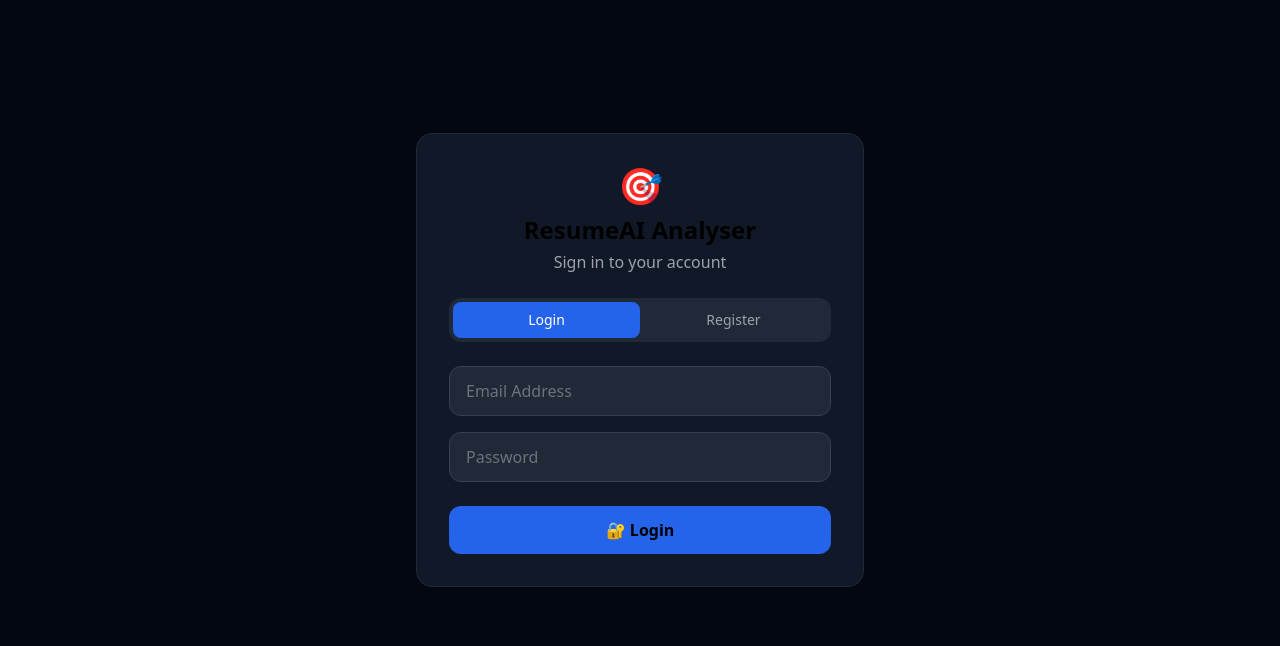
Repository: shraddha-dasgude-611/resume-analyser
Page: / (app in client/)
These files come from the project's save history. The page is drawn as it stood at one moment and after a run of saves; the edit follows.
The browser window is 1280 px wide. The pictures show the whole page.
The project was rebuilt for these pictures with package versions that can differ from the ones it lists, and the page was loaded fresh each time. Also part of the build but not shown: client/vite.config.js, client/src/pages/HistoryPage.jsx, client/src/components/UploadSection.jsx, client/src/components/ResultSection.jsx, client/src/components/JobSection.jsx, client/src/components/InterviewSection.jsx.

Above is the page before, as saved 2026-05-22 12:12:54.

### client/index.html
<!doctype html>
<html lang="en">
  <head>
    <meta charset="UTF-8" />
    <link rel="icon" type="image/svg+xml" href="/favicon.svg" />
    <meta name="viewport" content="width=device-width, initial-scale=1.0" />
    <title>client</title>
  </head>
  <body>
    <div id="root"></div>
    <script type="module" src="/src/main.jsx"></script>
  </body>
</html>

### client/src/main.jsx
import { StrictMode } from 'react'
import { createRoot } from 'react-dom/client'
import { BrowserRouter } from 'react-router-dom'
import './index.css'
import App from './App.jsx'
import { AuthProvider } from './context/AuthContext.jsx'

createRoot(document.getElementById('root')).render(
  <StrictMode>
    <BrowserRouter>
      <AuthProvider>
        <App />
      </AuthProvider>
    </BrowserRouter>
  </StrictMode>
)

### client/src/App.jsx
import { useState } from 'react';
import { Routes, Route, Link, useNavigate } from 'react-router-dom';
import { Toaster } from 'react-hot-toast';
import { LogOut, History, User } from 'lucide-react';
import { useAuth } from './context/AuthContext';
import AuthPage from './pages/AuthPage';
import HistoryPage from './pages/HistoryPage';
import UploadSection from './components/UploadSection';
import ResultSection from './components/ResultSection';
import JobSection from './components/JobSection';
import InterviewSection from './components/InterviewSection';

function HomePage() {
  const [result, setResult] = useState(null);
  const [position, setPosition] = useState('');
  const [resumeText, setResumeText] = useState('');
  const [loading, setLoading] = useState(false);

  return (
    <main className="max-w-5xl mx-auto px-4 py-10 space-y-10">
      <UploadSection
        setResult={setResult}
        setPosition={setPosition}
        setResumeText={setResumeText}
        loading={loading}
        setLoading={setLoading}
      />
      {result && <ResultSection result={result} />}
      {result && position && <InterviewSection position={position} resumeText={resumeText} />}
      {result && position && <JobSection position={position} />}
    </main>
  );
}

function Header() {
  const { user, logout } = useAuth();
  const navigate = useNavigate();

  const handleLogout = () => {
    logout();
    navigate('/login');
  };

  return (
    <header className="border-b border-gray-800 px-6 py-4 flex items-center gap-3">
      <span className="text-2xl">🎯</span>
      <Link to="/" className="text-xl font-bold tracking-tight hover:text-blue-400 transition">
        ResumeAI Analyser
      </Link>

      <div className="ml-auto flex items-center gap-4">
        <div className="flex items-center gap-2 text-sm text-gray-400">
          <User size={16} />
          <span>{user?.name}</span>
        </div>

        <Link
          to="/history"
          className="flex items-center gap-2 text-sm text-gray-400 hover:text-white
                     bg-gray-800 hover:bg-gray-700 px-3 py-2 rounded-lg transition"
        >
          <History size={16} /> History
        </Link>

        <button
          onClick={handleLogout}
          className="flex items-center gap-2 text-sm text-gray-400 hover:text-red-400
                     bg-gray-800 hover:bg-gray-700 px-3 py-2 rounded-lg transition"
        >
          <LogOut size={16} /> Logout
        </button>
      </div>
    </header>
  );
}

export default function App() {
  const { user, loading } = useAuth();

  if (loading) {
    return (
      <div className="min-h-screen bg-gray-950 flex items-center justify-center">
        <div className="text-white text-lg">Loading...</div>
      </div>
    );
  }

  if (!user) return <AuthPage />;

  return (
    <div className="min-h-screen bg-gray-950 text-white">
      <Toaster position="top-right" />
      <Header />
      <Routes>
        <Route path="/" element={<HomePage />} />
        <Route path="/history" element={<HistoryPage />} />
        <Route path="/login" element={<AuthPage />} />
      </Routes>
    </div>
  );
}

### client/src/context/AuthContext.jsx
import { createContext, useContext, useState, useEffect } from 'react';

const AuthContext = createContext();

export function AuthProvider({ children }) {
  const [user, setUser] = useState(null);
  const [token, setToken] = useState(null);
  const [loading, setLoading] = useState(true);

  useEffect(() => {
    try {
      const savedToken = localStorage.getItem('token');
      const savedUser = localStorage.getItem('user');
      if (savedToken && savedUser) {
        setToken(savedToken);
        setUser(JSON.parse(savedUser));
      }
    } catch {
      localStorage.removeItem('token');
      localStorage.removeItem('user');
    }
    setLoading(false);
  }, []);

  const login = (userData, userToken) => {
    setUser(userData);
    setToken(userToken);
    localStorage.setItem('token', userToken);
    localStorage.setItem('user', JSON.stringify(userData));
  };

  const logout = () => {
    setUser(null);
    setToken(null);
    localStorage.removeItem('token');
    localStorage.removeItem('user');
  };

  return (
    <AuthContext.Provider value={{ user, token, login, logout, loading }}>
      {children}
    </AuthContext.Provider>
  );
}

export const useAuth = () => useContext(AuthContext);

### client/src/pages/AuthPage.jsx
import { useState } from 'react';
import { useAuth } from '../context/AuthContext';
import { loginUser, registerUser } from '../api/resumeApi';
import toast from 'react-hot-toast';
import { Loader2 } from 'lucide-react';
import { useNavigate } from 'react-router-dom';
export default function AuthPage() {
  const { login } = useAuth();
  const [isLogin, setIsLogin] = useState(true);
  const [loading, setLoading] = useState(false);
  const [form, setForm] = useState({ name: '', email: '', password: '' });

  const handleChange = e => setForm({ ...form, [e.target.name]: e.target.value });

  const handleSubmit = async () => {
    if (!form.email || !form.password) return toast.error('All fields are required');
    if (!isLogin && !form.name.trim()) return toast.error('Name is required');

    setLoading(true);
    try {
      let data;
      if (isLogin) {
        data = await loginUser(form.email, form.password);
      } else {
        data = await registerUser(form.name, form.email, form.password);
      }
      login(data.user, data.token);
      toast.success(isLogin ? 'Welcome back!' : 'Account created!');
      navigate('/');  // 👈 redirect after login
    } catch (err) {
      toast.error(err.response?.data?.error || 'Something went wrong');
    } finally {
      setLoading(false);
    }
  };
  return (
    <div className="min-h-screen bg-gray-950 flex items-center justify-center px-4">
      <div className="w-full max-w-md bg-gray-900 rounded-2xl p-8 border border-gray-800 space-y-6">

        <div className="text-center">
          <span className="text-4xl">🎯</span>
          <h1 className="text-2xl font-bold mt-2">ResumeAI Analyser</h1>
          <p className="text-gray-400 mt-1">
            {isLogin ? 'Sign in to your account' : 'Create a free account'}
          </p>
        </div>

        <div className="flex bg-gray-800 rounded-xl p-1">
          <button
            onClick={() => setIsLogin(true)}
            className={`flex-1 py-2 rounded-lg text-sm font-medium transition ${
              isLogin ? 'bg-blue-600 text-white' : 'text-gray-400 hover:text-white'
            }`}
          >
            Login
          </button>
          <button
            onClick={() => setIsLogin(false)}
            className={`flex-1 py-2 rounded-lg text-sm font-medium transition ${
              !isLogin ? 'bg-blue-600 text-white' : 'text-gray-400 hover:text-white'
            }`}
          >
            Register
          </button>
        </div>

        <div className="space-y-4">
          {!isLogin && (
            <input
              type="text"
              name="name"
              placeholder="Full Name"
              value={form.name}
              onChange={handleChange}
              className="w-full bg-gray-800 border border-gray-700 rounded-xl px-4 py-3
                         text-white placeholder-gray-500 focus:outline-none focus:border-blue-500 transition"
            />
          )}
          <input
            type="email"
            name="email"
            placeholder="Email Address"
            value={form.email}
            onChange={handleChange}
            className="w-full bg-gray-800 border border-gray-700 rounded-xl px-4 py-3
                       text-white placeholder-gray-500 focus:outline-none focus:border-blue-500 transition"
          />
          <input
            type="password"
            name="password"
            placeholder="Password"
            value={form.password}
            onChange={handleChange}
            onKeyDown={e => e.key === 'Enter' && handleSubmit()}
            className="w-full bg-gray-800 border border-gray-700 rounded-xl px-4 py-3
                       text-white placeholder-gray-500 focus:outline-none focus:border-blue-500 transition"
          />
        </div>

        <button
          onClick={handleSubmit}
          disabled={loading}
          className="w-full bg-blue-600 hover:bg-blue-700 disabled:opacity-50
                     rounded-xl py-3 font-semibold flex items-center justify-center gap-2 transition"
        >
          {loading
            ? <><Loader2 className="animate-spin" size={20} /> Please wait...</>
            : isLogin ? '🔐 Login' : '🚀 Create Account'}
        </button>
      </div>
    </div>
  );
}

### client/src/api/resumeApi.js
import axios from 'axios';

const BASE = 'http://localhost:5000/api';

const authHeaders = () => ({
  Authorization: `Bearer ${localStorage.getItem('token')}`
});

export const analyseResume = async (file, position) => {
  const formData = new FormData();
  formData.append('resume', file);
  formData.append('position', position);

  const { data } = await axios.post(`${BASE}/resume/analyse`, formData, {
    headers: {
      'Content-Type': 'multipart/form-data',
      ...authHeaders()
    }
  });
  return data;
};

export const fetchJobs = async (position) => {
  const { data } = await axios.get(`${BASE}/jobs/search`, {
    params: { position },
    headers: authHeaders()
  });
  return data;
};

export const fetchHistory = async () => {
  const { data } = await axios.get(`${BASE}/resume/history`, {
    headers: authHeaders()
  });
  return data;
};

export const generateQuestions = async (position, resumeText, type = 'both') => {
  const { data } = await axios.post(`${BASE}/interview/generate`,
    { position, resumeText, type },
    { headers: authHeaders() }
  );
  return data;
};

export const evaluateAnswer = async (question, answer, position) => {
  const { data } = await axios.post(`${BASE}/interview/evaluate`,
    { question, answer, position },
    { headers: authHeaders() }
  );
  return data;
};

export const loginUser = async (email, password) => {
  const { data } = await axios.post(`${BASE}/auth/login`, { email, password });
  return data;
};

export const registerUser = async (name, email, password) => {
  const { data } = await axios.post(`${BASE}/auth/register`, { name, email, password });
  return data;
};

### client/tailwind.config.js
/** @type {import('tailwindcss').Config} */
export default {
  content: ['./index.html', './src/**/*.{js,jsx}'],
  theme: { extend: {} },
  plugins: [],
}

Loaded but not shown: client/src/index.css (common file)

After the next 2 saves:
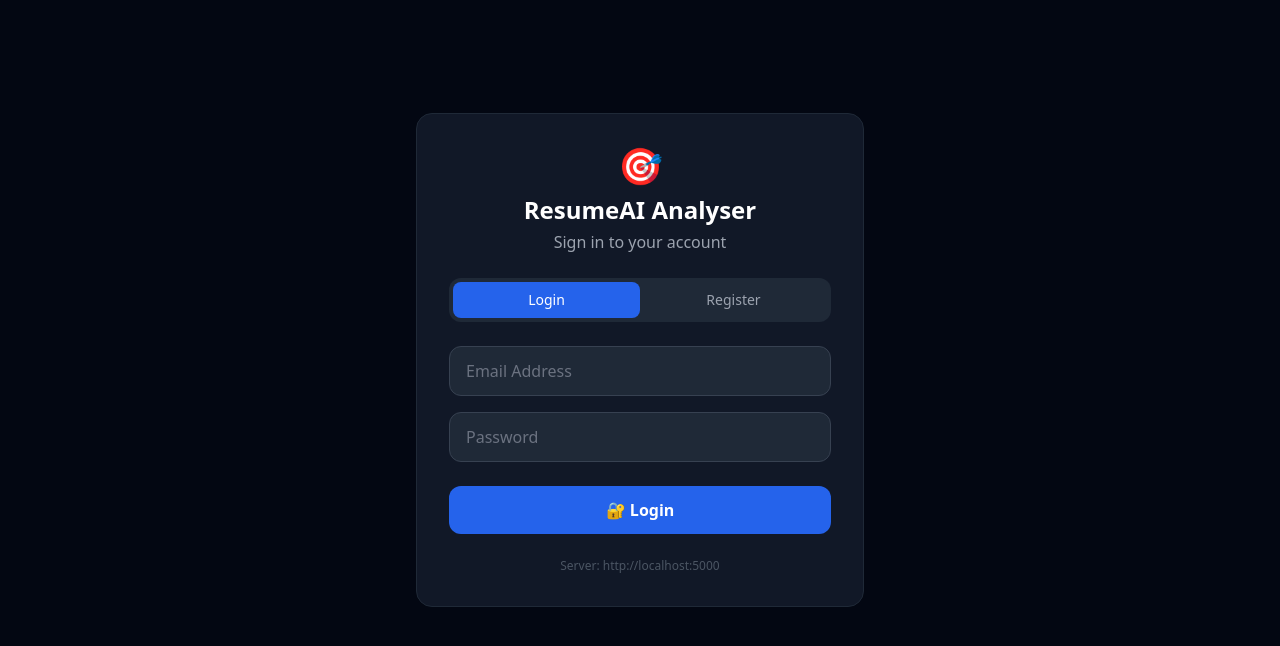
The 2 saves are shown as one change because they came seconds apart.
The last was saved 6 min 35 s later.
--- a/client/src/pages/AuthPage.jsx
+++ b/client/src/pages/AuthPage.jsx
@@ -1,11 +1,13 @@
 import { useState } from 'react';
 import { useAuth } from '../context/AuthContext';
 import { loginUser, registerUser } from '../api/resumeApi';
+import { useNavigate } from 'react-router-dom';
 import toast from 'react-hot-toast';
 import { Loader2 } from 'lucide-react';
-import { useNavigate } from 'react-router-dom';
+
 export default function AuthPage() {
   const { login } = useAuth();
+  const navigate = useNavigate();
   const [isLogin, setIsLogin] = useState(true);
   const [loading, setLoading] = useState(false);
   const [form, setForm] = useState({ name: '', email: '', password: '' });
@@ -13,8 +15,12 @@ export default function AuthPage() {
   const handleChange = e => setForm({ ...form, [e.target.name]: e.target.value });
 
   const handleSubmit = async () => {
-    if (!form.email || !form.password) return toast.error('All fields are required');
-    if (!isLogin && !form.name.trim()) return toast.error('Name is required');
+    if (!form.email.trim() || !form.password.trim()) {
+      return toast.error('Email and password are required');
+    }
+    if (!isLogin && !form.name.trim()) {
+      return toast.error('Name is required');
+    }
 
     setLoading(true);
     try {
@@ -26,20 +32,23 @@ export default function AuthPage() {
       }
       login(data.user, data.token);
       toast.success(isLogin ? 'Welcome back!' : 'Account created!');
-      navigate('/');  // 👈 redirect after login
+      navigate('/');
     } catch (err) {
-      toast.error(err.response?.data?.error || 'Something went wrong');
+      console.error('Auth error:', err);
+      const msg = err?.response?.data?.error || err?.message || 'Something went wrong';
+      toast.error(msg);
     } finally {
       setLoading(false);
     }
   };
+
   return (
     <div className="min-h-screen bg-gray-950 flex items-center justify-center px-4">
       <div className="w-full max-w-md bg-gray-900 rounded-2xl p-8 border border-gray-800 space-y-6">
 
         <div className="text-center">
           <span className="text-4xl">🎯</span>
-          <h1 className="text-2xl font-bold mt-2">ResumeAI Analyser</h1>
+          <h1 className="text-2xl font-bold mt-2 text-white">ResumeAI Analyser</h1>
           <p className="text-gray-400 mt-1">
             {isLogin ? 'Sign in to your account' : 'Create a free account'}
           </p>
@@ -101,12 +110,17 @@ export default function AuthPage() {
           onClick={handleSubmit}
           disabled={loading}
           className="w-full bg-blue-600 hover:bg-blue-700 disabled:opacity-50
-                     rounded-xl py-3 font-semibold flex items-center justify-center gap-2 transition"
+                     rounded-xl py-3 font-semibold flex items-center justify-center gap-2 transition text-white"
         >
           {loading
             ? <><Loader2 className="animate-spin" size={20} /> Please wait...</>
             : isLogin ? '🔐 Login' : '🚀 Create Account'}
         </button>
+
+        {/* Debug info */}
+        <p className="text-center text-xs text-gray-600">
+          Server: http://localhost:5000
+        </p>
       </div>
     </div>
   );
